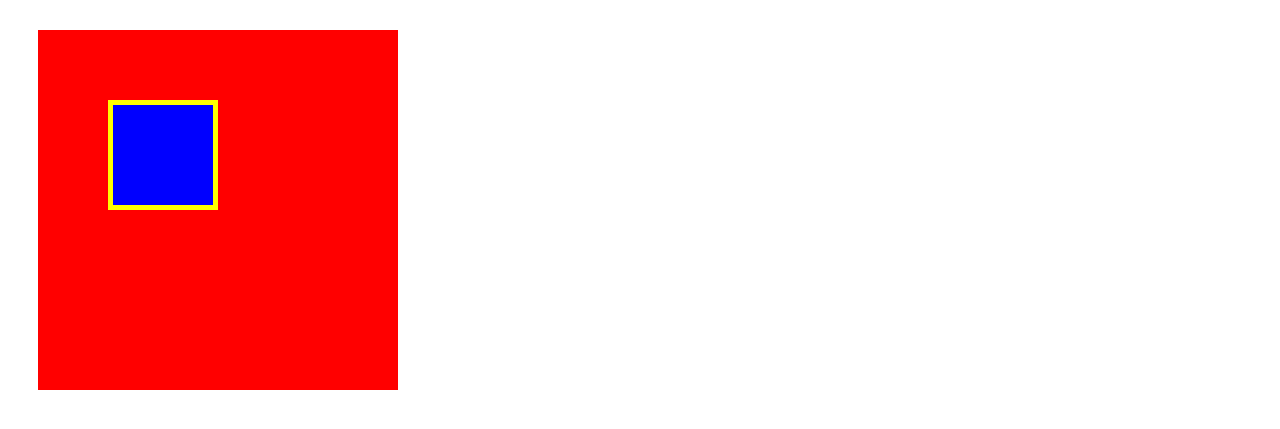
Repository: pooh0721/-
Page: box/box.html
The author's editor kept a record of every edit. The page is drawn from the files as they stood at one moment, then again after the next edit.
The browser window is 1280 px wide. The pictures show the whole page.

Above is the page before.

After the next edit:
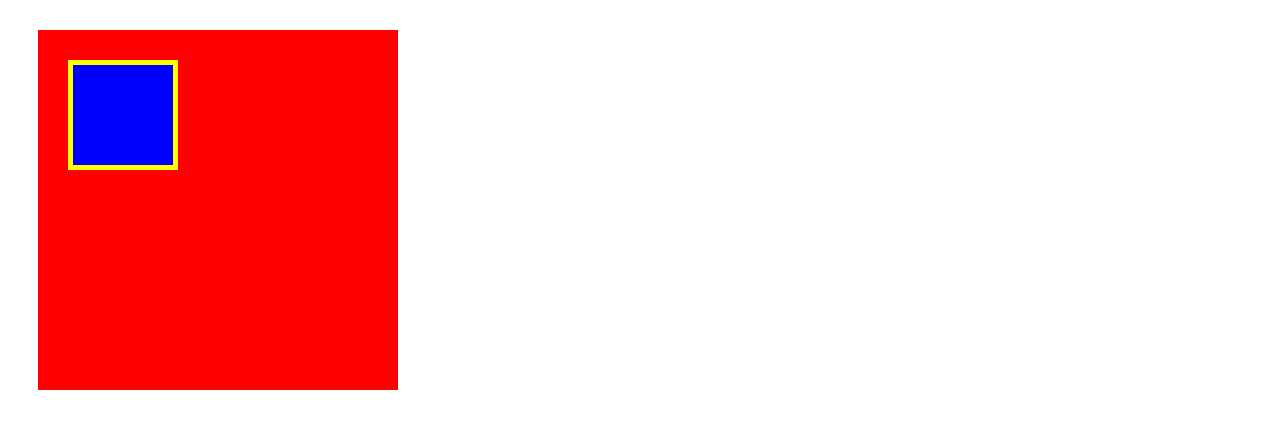
The edit:
--- a/box/box.css
+++ b/box/box.css
@@ -11,9 +11,6 @@
   height: 100px;
   background-color: blue;
   border: 5px solid yellow;
-  margin-top: 40px;    /* 上側に40pxのmarginを指定 */
-margin-right: 40px;  /* 右側に40pxのmarginを指定 */
-margin-bottom: 40px; /* 下側に40pxのmarginを指定 */
-margin-left: 40px;   /* 左側に40pxのmarginを指定 */
+
 
 }
